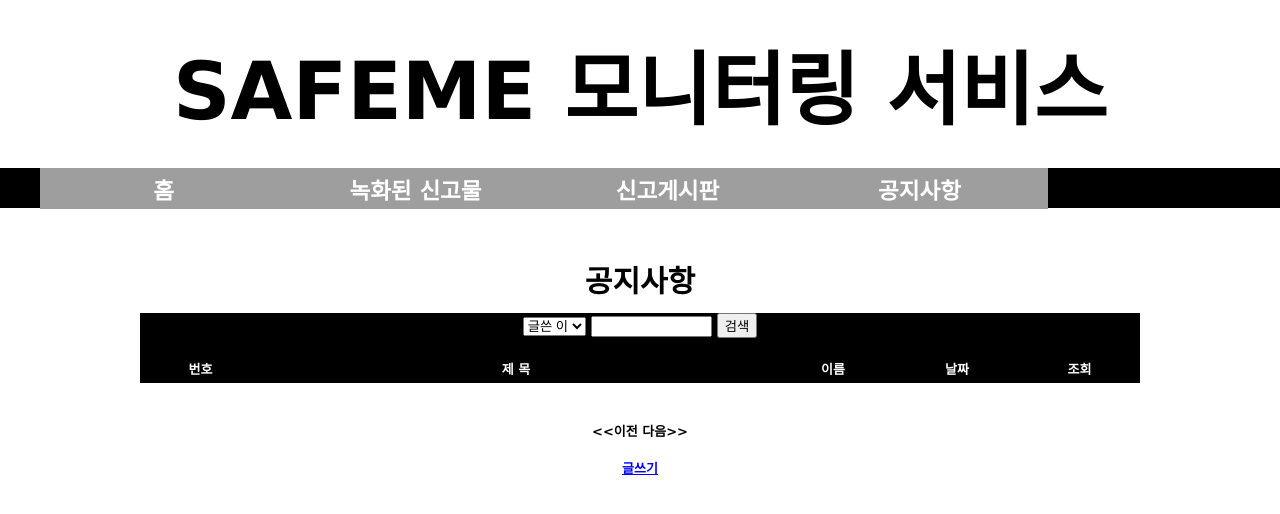
Repository: imdasom/SafeMe
Page: http://localhost/SafeMe/homepage/list1.jsp
These files come from the project's save history. The page is drawn as it stood at one moment and after the next save; the edit follows.
The browser window is 1280 px wide. The pictures show the whole page.
Pictures or frames that could not be fetched are drawn as grey boxes. The page is served by Tomcat 9. Queries for data that is not in the repository find no rows.

Above is the page before, as saved 2015-12-15 19:09:10.

### FinalSafeMeWeb/SafeMe/homepage/list1.jsp
<%@ page language="java" import="java.sql.*" contentType="text/html; charset=utf-8" pageEncoding="utf-8"%>
<html>
<head>
<jsp:include page="Home.jsp" flush="false" /></br></br>
<title>글 목록 보기</title>
</head>
<body bgcolor="white" text="black" link="blue" vlink="red" alink="red">
<p align="center"><br>
<div align="center"><h1>공지사항</h1>
<table border="0" cellpadding="0" cellspacing="0" width="1000">
    <tr>
        <td bgcolor="black"><table border="0" cellpadding="5" cellspacing="3" width="100%">
<!-- 검색기 추가 -->
<div align="center"s>
<form method="post" action="search_result.jsp">
<select name="search">
<option value="b_name">글쓴 이</option>
<option value="b_title">글 제목</option>
<option value="b_content">글 내용</option></select>
<input type="text" name="keyword" size="12">
<input type="submit" value="검색">
</form>
<!-- 검색기 끝 -->
</div>
</font></p>
                <tr>
                    <th align="center" nowrap bgcolor="#FFFFFF"><p><font
                         size="2" color=black>번호</font></th>
                    <th width="500" align="center" nowrap bgcolor="#FFFFFF"><p><font
                         size="2" color=black>제 목</font></th>
                    <th width=114 align="center" nowrap bgcolor="#FFFFFF"><p><font
                         size="2" color=black>이름</font></th>
                    <th width="114" align="center" nowrap bgcolor="#FFFFFF"><p><font
                         size="2" color=black>날짜</font></th>
                    <th align="center" nowrap bgcolor="#FFFFFF"><p><font
                         size="2" color=black>조회</font></th>
                </tr>
<%
try {
        String b_name,b_mail,b_title,b_content,b_date,b_pwd,mailtoyou;
        int b_id,b_view;

	int datacount=0;
        int pagecount;

      Class.forName("com.mysql.jdbc.Driver");
      Connection conn = DriverManager.getConnection("jdbc:mysql://localhost:3306/safemetest","root","test123");
      Statement stmt = conn.createStatement();

      System.out.println("count : "+datacount);
        ResultSet rs0=stmt.executeQuery("select count(b_id) from board");
        if(rs0.next()) {
                datacount=rs0.getInt(1);
                rs0.close();
        }
        int pagesize=10;
        pagecount=datacount/(pagesize+1)+1;
        int mypage=1;
        int abpage=1;
        if(request.getParameter("mypage")!=null) {
                mypage=Integer.parseInt(request.getParameter("mypage"));
                abpage=(mypage-1)*pagesize+1;
		if(abpage <= 0 ) abpage=1;
        }

       ResultSet rs = stmt.executeQuery("select b_id,b_name,b_mail,b_title,b_content,date_format(b_date,'%Y-%m-%d'),b_view,b_pwd from board order by b_id desc");

	if(!rs.next()) {
		pagesize=0;
	} else {
		rs.absolute(abpage);
	}
	for(int k=1;k <= pagesize; k++) {
                b_id=rs.getInt(1);
                b_name=rs.getString(2);
                b_mail=rs.getString(3);
                b_title=rs.getString(4);
                b_content=rs.getString(5);
                b_date=rs.getString(6);
                b_view=rs.getInt(7);
                b_pwd=rs.getString(8);
                if(!b_mail.equals("")) {
                        mailtoyou="<a href=mailto:"+b_mail+">"+b_name+"</a>";
                } else {
                        mailtoyou=b_name;
                }
%>
                <tr>
                  <td align="center" bgcolor="#FFFFFF" ><p><font size="2"><%=b_id%></font></td>
                  <td width="364" align="left" bgcolor="#FFFFFF"><p><font
                       size="2">&nbsp;&nbsp;&nbsp;</font><a href="view1.jsp?bid=<%=b_id%>"><font
                       size="2"><%=b_title%></font></a></td>
                  <td width="94" align="center" nowrap bgcolor="#FFFFFF"><p><font
                       size="2"><%=mailtoyou%></font></td>
                  <td width="114" align="center" bgcolor="#FFFFFF"><p><font
                       size="2"><%=b_date%></font></td>
                  <td align="center" bgcolor="#FFFFFF" ><p><font size="2"><%=b_view%></font></td>
                </tr>
<%
		if(rs.getRow()==datacount){
			break;
		} else {
			rs.next();
		}
	}

	rs.close();
	stmt.close();
	conn.close();

%>
            </table></td>
    </tr>
</table></div><br>
<p align="center"><font size=2>
<%
        int gopage=1;
        if(mypage!=1) {
                gopage=mypage-1;
                out.println("<a href=list1.jsp?mypage="+gopage+"><<이전</a>  ");
        } else {
		out.println("<<이전");
	}
%>
<%
        if(mypage!=pagecount) {
                gopage=mypage+1;
                out.println("<a href=list1.jsp?mypage="+gopage+">다음>></a>  ");
        } else {
		out.println("다음>>");
	}
} catch (Exception e) {
	out.println(e);
}
%>
<p align=center><font size=2><a href="write1.jsp">글쓰기</a></font></p>
</body>
</html>

### FinalSafeMeWeb/SafeMe/homepage/Home.jsp
<%@ page language="java" contentType="text/html; charset=EUC-KR"
	pageEncoding="EUC-KR"%>
<!DOCTYPE html PUBLIC "-//W3C//DTD HTML 4.01 Transitional//EN" "http://www.w3.org/TR/html4/loose.dtd">
<html xmlns="http://www.w3.org/1999/xhtml">
<head>
<meta http-equiv="Content-Type" content="text/html; charset=iso-8859-1" />
<title>대한민국 치안 방지 프로젝트</title>
<style type="text/css">
<!--
body {
	margin: 0;
	padding: 0;
	font: bold 15px/1.5em 맑은 고딕, Verdana, Arial, Helvetica, sans-serif;
}

h2 {
	font: bold 80px 맑은 고딕, Verdana, Arial, Helvetica, sans-serif;
	color: #000;
	margin: 26px;
	padding: 0px 0px 0px 0px;
}

/*- Menu Tabs E--------------------------- */
#tabsE {
	float: left;
	width: 100%;
	background: #000;
	font-size: 150%;
	line-height: normal;
	height: 40px;
}

#tabsE ul {
	margin: 0;
	/* padding:10px 10px 0 50px; */
	list-style: none;
	text-align: center;
}

#tabsE li {
	display: inline;
	margin: 0;
	padding: 0;
}

#tabsE a {
	float: left;
	background: url("tableftE.gif") no-repeat left top;
	margin: 0;
	padding: 0 0 0 4px;
	text-decoration: none;
	width: 20%;
}

#tabsE a span {
	float: left;
	display: block;
	background: url("tabrightE.gif") no-repeat right top;
	padding: 5px 15px 4px 6px;
	color: #FFF;
}
/* Commented Backslash Hack hides rule from IE5-Mac \*/
#tabsE a span {
	float: none;
}
/* End IE5-Mac hack */
#tabsE a:hover span {
	color: #FFF;
}

#tabsE a:hover {
	background-position: 0% -42px;
}

#tabsE a:hover span {
	background-position: 100% -42px;
}

#tabsE #current a {
	background-position: 0% -42px;
}

#tabsE #current a span {
	background-position: 100% -42px;
}

--> /* 게시판 css */
table {
	border-collapse: collapse;
	border-bottom-color: #000;
	text-align: center;
}

tbody tr:first-child {
	color: #000;
	text-align: center;

}

thead {
	background-color: #f4f4f4; /* border-bottom:1px solid #f4f4f4; */
}

tbody tr:hover {
	cursor: pointer;
}

tbody tr:first-child th {
	background: #000;
}

tbody tr:first-child th p font {
	color: #fff;
}


tbody tr:not(:FIRST-CHILD){
	border-bottom: 1px solid #555;
}

tbody tr:not(:first-child) th p a {
	text-decoration: none;
}

</style>
</head>
<body>

	<h2 style="text-align: center;">SAFEME 모니터링 서비스</h2>
	<div id="tabsE">
		<ul>
			<!-- CSS Tabs -->
			<li><a href="HomeImage.jsp"><span>홈</span></a></li>
			<li><a href="recordkesipan.jsp"><span>녹화된 신고물</span></a></li>
			<li><a href="sinkokyesipan.jsp"><span>신고게시판</span></a></li>
			<li><a href="list1.jsp"><span>공지사항</span></a></li>

		</ul>
	</div>

</body>

</html>

After the next save:
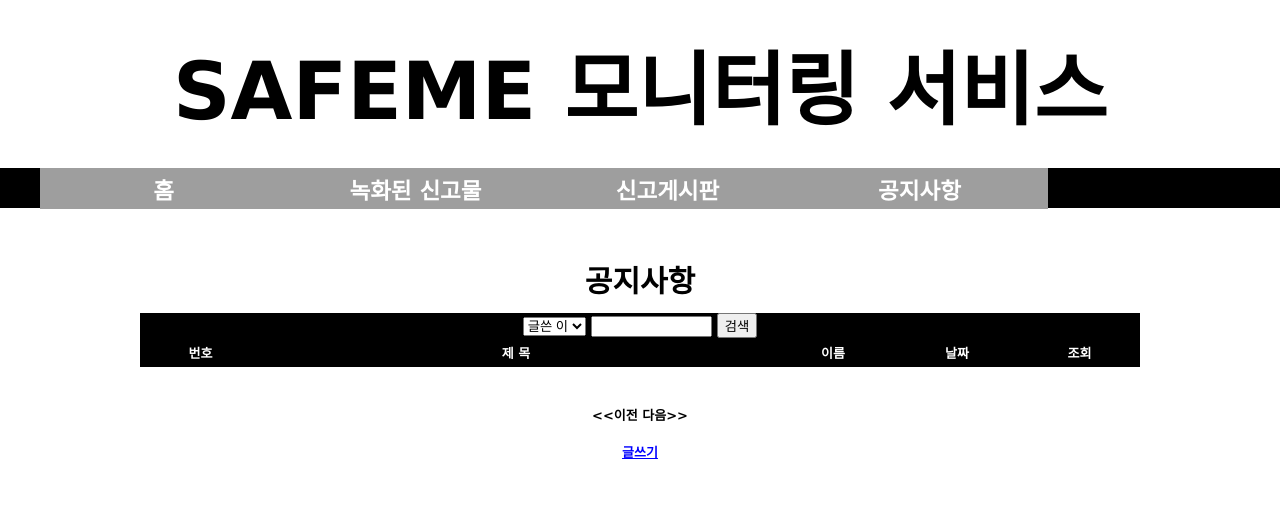
Saved 87 s later.
--- a/FinalSafeMeWeb/SafeMe/homepage/list1.jsp
+++ b/FinalSafeMeWeb/SafeMe/homepage/list1.jsp
@@ -11,7 +11,7 @@
     <tr>
         <td bgcolor="black"><table border="0" cellpadding="5" cellspacing="3" width="100%">
 <!-- 검색기 추가 -->
-<div align="center"s>
+<div align="center">
 <form method="post" action="search_result.jsp">
 <select name="search">
 <option value="b_name">글쓴 이</option>
@@ -20,9 +20,8 @@
 <input type="text" name="keyword" size="12">
 <input type="submit" value="검색">
 </form>
+</div>
 <!-- 검색기 끝 -->
-</div>
-</font></p>
                 <tr>
                     <th align="center" nowrap bgcolor="#FFFFFF"><p><font
                          size="2" color=black>번호</font></th>
